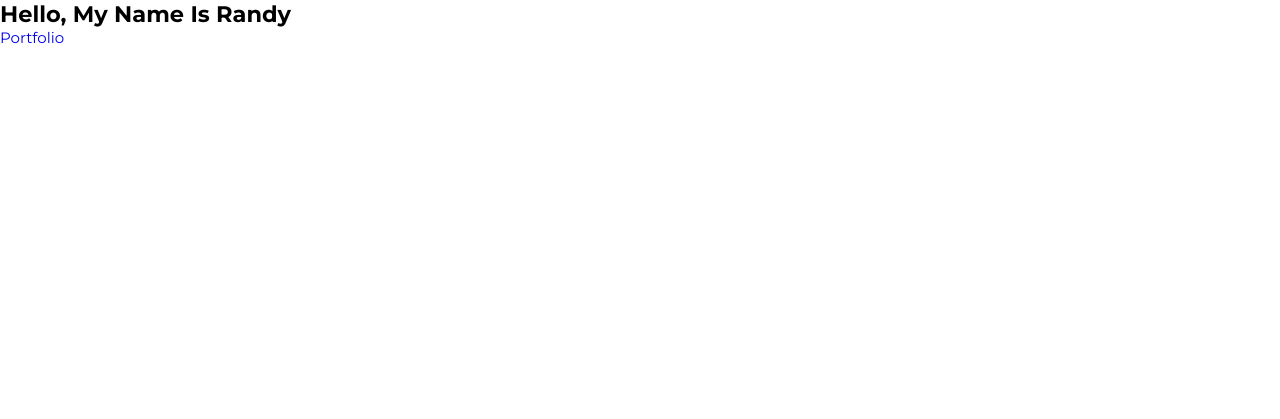
Repository: randysteele/my-portfolio-2023
Page: index.html
These files come from the project's save history. The page is drawn as it stood at one moment and after the next save; the edit follows.
The browser window is 1280 px wide. The pictures show the whole page.

Above is the page before, as saved 2023-04-22 13:26:02.

### index.html
<!DOCTYPE html>
<html lang="en">
<head>
    <meta charset="UTF-8">
    <meta http-equiv="X-UA-Compatible" content="IE=edge">
    <meta name="viewport" content="width=device-width, initial-scale=1.0">
    <link rel="stylesheet" href="style.css">
    <title>Randy Steele Portfolio</title>
</head>
<body>
    <!-- Hero Section -->
    <section id="hero">
        <div class="hero container">
            <div>
            <h1>Hello, My Name Is Randy</h1>
            <a href="#" type="button" class="cta">Portfolio</a>
        </div>
    </div>
    </section>


    <!-- End Hero Section -->
</body>
</html>

### style.css
@import url('https://fonts.googleapis.com/css2?family=Montserrat:wght@300;400;700&display=swap');
* {
    padding: 0;
    margin: 0;
    box-sizing: border-box;
}
html {
    font-size: 15px;
    font-family: "Montserrat", "sans-serif";
}
a {
    text-decoration: none;
}

After the next save:
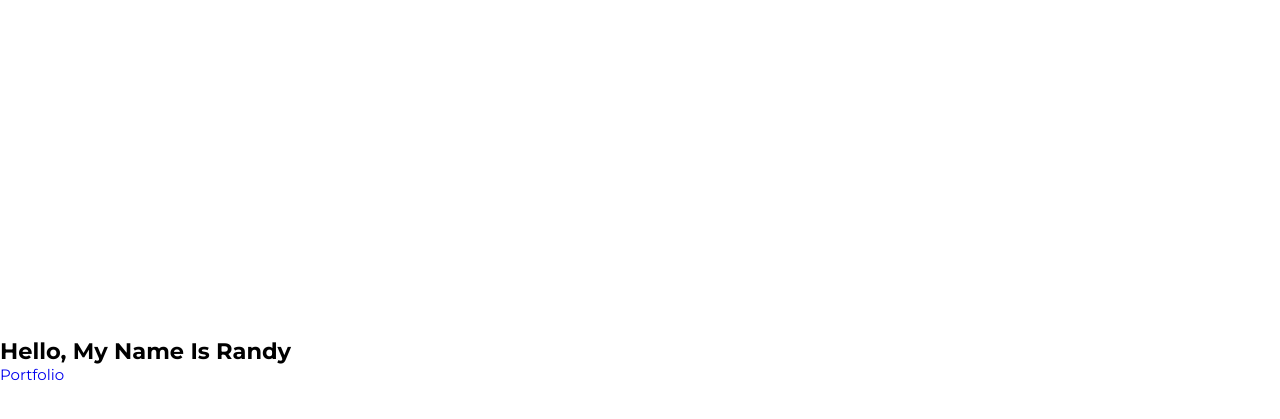
Saved 32 s later.
--- a/style.css
+++ b/style.css
@@ -11,3 +11,10 @@
 a {
     text-decoration: none;
 }
+.container {
+    min-height: 100vh;
+    width: 100%;
+    display: flex;
+    align-items: center;
+
+}
